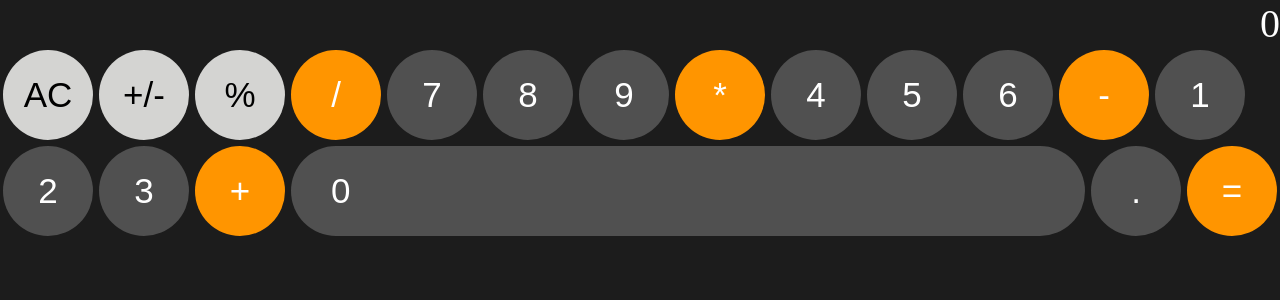
Repository: Sukhvir-Grewal/Calculator
Page: index.html
These files come from the project's save history. The page is drawn as it stood at one moment and after the next save; the edit follows.
The browser window is 1280 px wide. The pictures show the whole page.

Above is the page before, as saved 2023-12-07 12:56:18.

### index.html
<!DOCTYPE html>
<html lang="en">
    <head>
        <meta charset="UTF-8" />
        <meta http-equiv="X-UA-Compatible" content="IE=edge" />
        <meta name="viewport" content="width=device-width, initial-scale=1.0" />
        <title>Document</title>
        <link rel="stylesheet" href="index.css" />
    </head>
    <body>
      <div class="container">
          <div class="result">0</div>
            <button class="clear commands">AC</button>
            <button class="positiveOrNegative commands">+/-</button>
            <button class="persentage commands" value="%">%</button>
            <button class="divide operator" value="/">/</button>

            <button class="operands" value="7">7</button>
            <button class="operands" value="8">8</button>
            <button class="operands" value="9">9</button>
            <button class="Multiply operator" value="*">*</button>

            <button class="operands" value="4">4</button>
            <button class="operands" value="5">5</button>
            <button class="sex operands" value="6">6</button>
            <button class="Minus operator" value="-">-</button>

            <button class="operands" value="1">1</button>
            <button class="operands" value="2">2</button>
            <button class="operands" value="3">3</button>
            <button class="plus operator" value="+">+</button>

            <button class="Zero operands" value="0">0</button>
            <button class="dot operands" value="">.</button>
            <button class="equal operator">=</button>
        </div>
        <script src="index.js"></script>
    </body>
</html>

### index.css
* {
    margin: 0;
    padding: 0;
}
html,
body {
    background-color: #1c1c1c;
    /* width: 100vw;
  height: 100vh; */
}

.blackBox {
    width: 100px;
    height: 230px;
    background-color: #1c1c1c;
}

.container {
    display: flex;
    flex-wrap: wrap;

}
button {
    width: 90px;
    height: 90px;
    border-radius: 50%;
    font-size: 35px;
    margin: 3px;
    border: none;
}
.Zero {
    border-radius: 50px;
    flex-grow: 2;
    text-align: left;
    padding: 0 40px;
}
.operator {
    background-color: #ff9500;
    color: white;
}
.commands {
    background-color: #d4d4d2;
}
.operands {
    background-color: #505050;
    color: white;
}
.result {
    width: 100vw;
    border: 10px;
    color: white;
    display: flex;
    justify-content: flex-end;
    align-items: flex-end;
    font-size: 40px;
}

.get_number{
    margin: 20px;
}

### index.js
let firstValue = "";
let secondValue = "";
let currentOperator = "";
let readingFirstValue = true;
var operands_count = 0;

let numbers = document.querySelectorAll(".operands");
let operator_ = document.querySelectorAll(".operator");
let result = document.querySelector(".result");
let clear = document.querySelector(".clear");
let equal = document.querySelector(".equal");
let PorN = document.querySelector(".positiveOrNegative");
let dot = document.querySelector(".dot");
let percentage = document.querySelector(".percentage");

clear.addEventListener("click", function (e) {
    toggleNumbersColor();
    toggleOperandsColor();
    clear.innerHTML = "AC";
    result.innerHTML = "0";
    firstValue = "";
    secondValue = "";
    currentOperator = "";
    readingFirstValue = true;
});

equal.onclick = function () {
    calculate();
};

for (var i = 0; i < numbers.length; i++) {
    var str = "";
    numbers[i].addEventListener("click", function (e) {
        toggleOperandsColor();
        var target_ = e.target.style;
        for (var j = 0; j < numbers.length; j++) {
            numbers[j].style.backgroundColor = "#505050";
        }
        target_.backgroundColor = "#868686";
        let value_ = e.target.getAttribute("value");
        if (readingFirstValue == true) {
            clear.innerHTML = "C";
            addFirstValue(value_);
            PorN.onclick = () => {
                isFirstPositive();
            };
            dot.onclick = function () {
                firstDotValue();
            };
            percentage.onclick = function () {
                firstValuePercentage();
            };
        } else {
            addSecondValue(value_);
            PorN.onclick = () => {
                isSecondPositive();
            };
            dot.onclick = function () {
                SecondDotValue();
            };
            percentage.onclick = function () {
                SecondValuePercentage();
            };
        }
    });
}
for (var i = 0; i < operator_.length; i++) {
    operator_[i].addEventListener("click", function (e) {
        toggleNumbersColor();
        var target_ = e.target.style;
        for (var j = 0; j < operator_.length; j++) {
            operator_[j].style.backgroundColor = "#ff9500";
            operator_[j].style.color = "white";
        }
        target_.backgroundColor = "white";
        target_.color = "#ff9500";
        if (firstValue != "") {
            let new_operator = e.target.getAttribute("value");
            currentOperator = new_operator;
            if (secondValue == "") readingFirstValue = false;
            if (operands_count > 0) {
                calculate();
                readingFirstValue = false;
            }
            operands_count++;
        }
    });
}

function addFirstValue(value_) {
    result.innerHTML = "";
    firstValue += value_;
    result.innerHTML = firstValue;
}

function addSecondValue(value_) {
    result.innerHTML = "";
    secondValue += value_;
    result.innerHTML = secondValue;
}

function calculate() {
    if (firstValue != "" && secondValue != "" && operator_ != "") {
        let ans;
        let firstVal = parseFloat(firstValue);
        let secondVal = parseFloat(secondValue);
        switch (currentOperator) {
            case "/":
                ans = firstVal / secondVal;
                break;
            case "*":
                ans = firstVal * secondVal;
                break;
            case "+":
                ans = firstVal + secondVal;
                break;
            case "-":
                ans = firstVal - secondVal;
                break;
        }
        result.innerHTML = ans;
        readingFirstValue = true;
        firstValue = ans;
        secondValue = "";
        currentOperator = "";
    }
}
function isFirstPositive() {
    var str = document.querySelector(".result");
    var change = parseFloat(str.innerHTML);
    if (change > 0) {
        str.innerHTML = "-" + str.innerHTML;
    } else if (str.innerHTML != "0") {
        str.innerHTML = str.innerHTML.slice(1);
    }
    firstValue = str.innerHTML;
}
function isSecondPositive() {
    var str = document.querySelector(".result");
    var change = parseFloat(str.innerHTML);
    if (change > 0) {
        str.innerHTML = "-" + str.innerHTML;
    } else if (str.innerHTML != "0") {
        str.innerHTML = str.innerHTML.slice(1);
    }
    secondValue = str.innerHTML;
}
function firstDotValue() {
    var hasDot = false;
    for (var i = 0; i < result.innerHTML.length; i++) {
        if (result.innerHTML[i] == ".") hasDot = true;
    }
    if (hasDot == false) {
        result.innerHTML = result.innerHTML + ".";
        firstValue = result.innerHTML;
    }
}
function SecondDotValue() {
    var hasDot = false;
    for (var i = 0; i < result.innerHTML.length; i++) {
        if (result.innerHTML[i] == ".") hasDot = true;
    }
    if (hasDot == false) {
        result.innerHTML = result.innerHTML + ".";
        secondValue = result.innerHTML;
    }
}
function firstValuePercentage() {
    toggleOperandsColor();
    toggleNumbersColor();
    var val = parseFloat(firstValue);
    val = val / 100;
    result.innerHTML = val;
    firstValue = val;
}
function SecondValuePercentage() {
    toggleOperandsColor();
    toggleNumbersColor();
    var val = parseFloat(firstValue);
    val = val / 100;
    result.innerHTML = val;
    secondValue = val;
}
function toggleOperandsColor() {
    for (var j = 0; j < operator_.length; j++) {
        operator_[j].style.backgroundColor = "#ff9500";
        operator_[j].style.color = "white";
    }
}
function toggleNumbersColor() {
    for (var j = 0; j < operator_.length; j++) {
        numbers[j].style.backgroundColor = "#505050";
    }
}

After the next save:
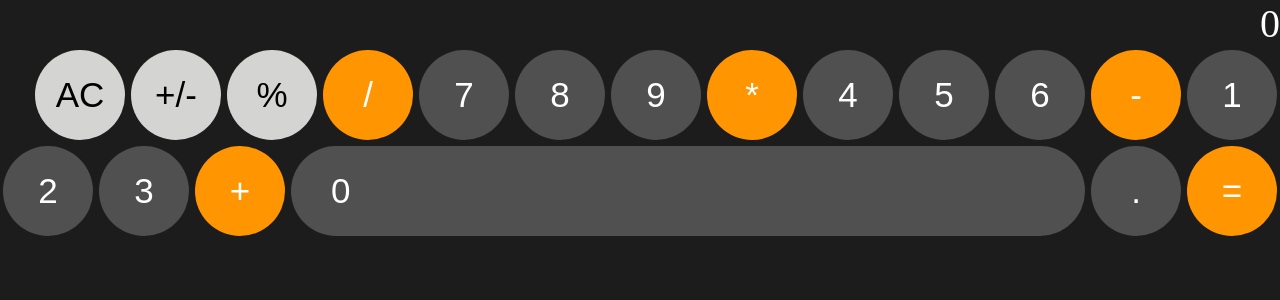
Saved 7 s later.
--- a/index.css
+++ b/index.css
@@ -18,7 +18,7 @@
 .container {
     display: flex;
     flex-wrap: wrap;
-
+    place-content: end;
 }
 button {
     width: 90px;
